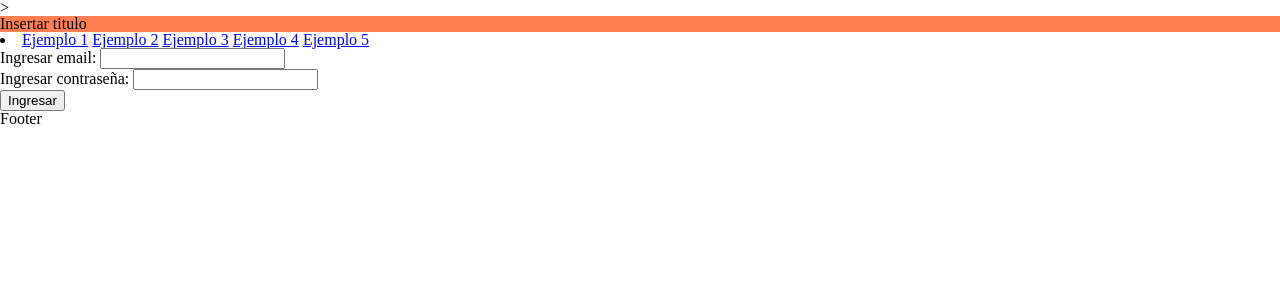
Repository: FacundoKinderknecht/Parcial-2-LPPA
Page: login/login.html
These files come from the project's save history. The page is drawn as it stood at one moment and after the next save; the edit follows.
The browser window is 1280 px wide. The pictures show the whole page.

Above is the page before, as saved 2022-07-06 10:16:43.

### login/login.html
<!DOCTYPE html>
<html lang="en">
<head>
    <meta charset="UTF-8">
    <meta http-equiv="X-UA-Compatible" content="IE=edge">
    <meta name="viewport" content="width=device-width, initial-scale=1.0">
    <title>Document</title>
    ><link rel="stylesheet" href="reset.css">
    <link rel="stylesheet" href="/login/login.css">
    <script src="/login/login.js"></script>
</head>
<body>
    <header>
        <h1>Insertar titulo</h1>
    </header>
    <nav>
        <li>
            <a href="#">Ejemplo 1</a>
            <a href="#">Ejemplo 2</a>
            <a href="#">Ejemplo 3</a>
            <a href="#">Ejemplo 4</a>
            <a href="#">Ejemplo 5</a>
        </li>
    </nav>
    <main>
        <form>
            <div class="email">
                <label for="email">Ingresar email:</label>
                <input type="text" name="email" id="email">
            </div>
            <div class="contraseña">
                <label for="contraseña">Ingresar contraseña:</label>
                <input type="password" name="contraseña" id="contraseña">
            </div>
            <div class="boton">
                <input type="submit" value="Ingresar">
            </div>
        </form>
    </main>
    <footer>
        <p>Footer</p>
    </footer>
</body>
</html>

### login/login.css
header{
    background-color: coral;
    width: 100%;
}

Loaded but not shown: reset.css (common file); login/login.js (no stored copy; drawn as an empty file)

After the next save:
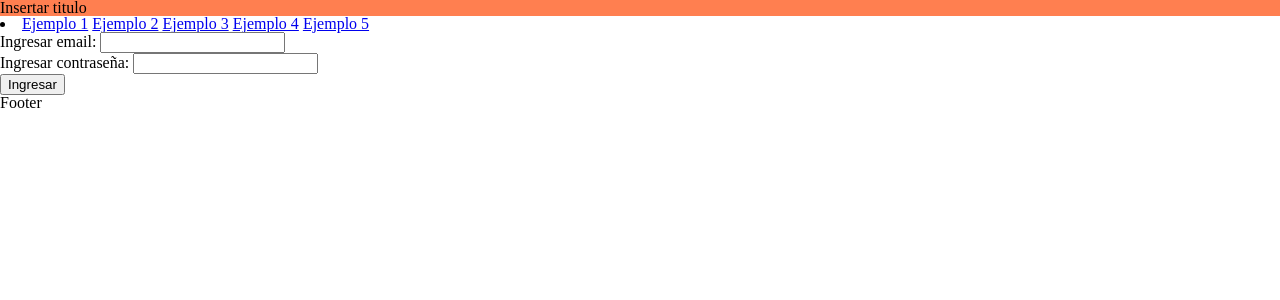
Saved 20 s later.
--- a/login/login.html
+++ b/login/login.html
@@ -5,7 +5,7 @@
     <meta http-equiv="X-UA-Compatible" content="IE=edge">
     <meta name="viewport" content="width=device-width, initial-scale=1.0">
     <title>Document</title>
-    ><link rel="stylesheet" href="reset.css">
+    <link rel="stylesheet" href="reset.css">
     <link rel="stylesheet" href="/login/login.css">
     <script src="/login/login.js"></script>
 </head>
